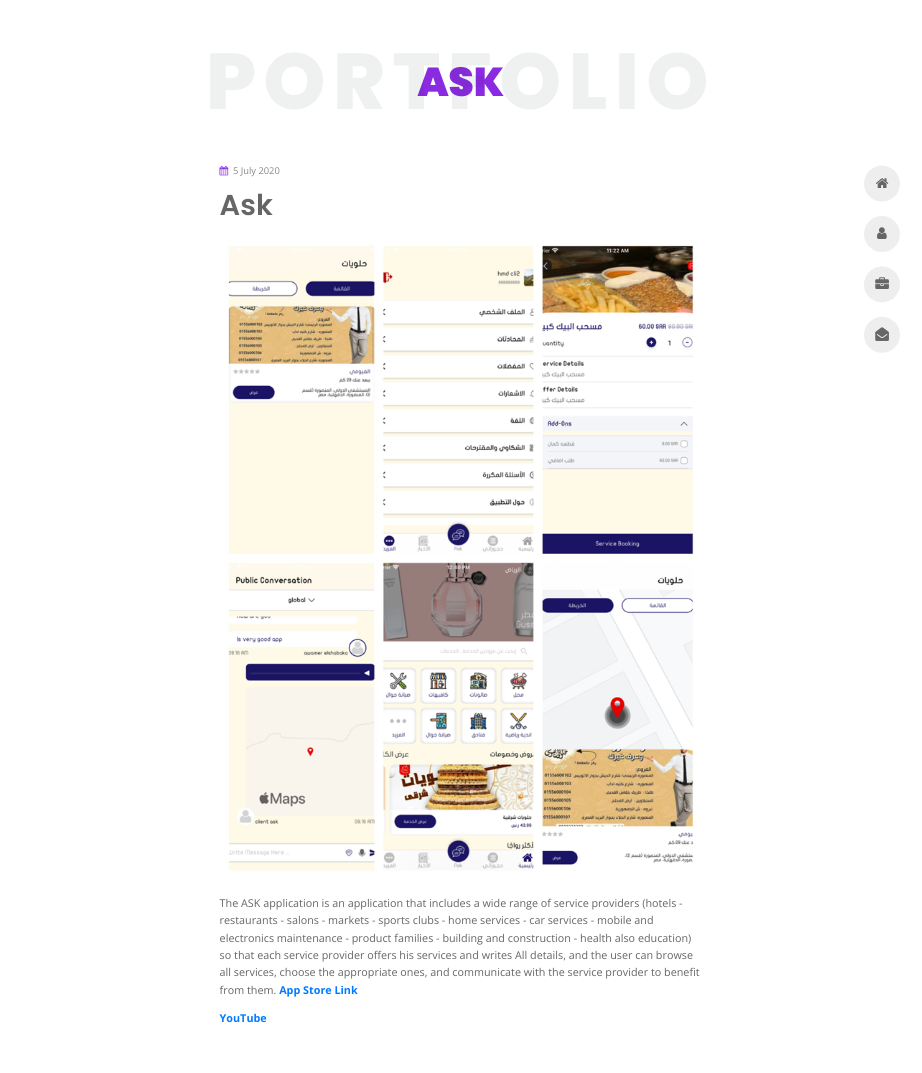
Repository: mhamdimno/mywebsite
Page: projects/freelancerInArabic/index.html
An editor plug-in stored every save of this project. The page is shown before and after the next save, followed by the edit.
The browser window is 1280 px wide. The pictures show the whole page, at 72% of full size.

Above is the page before, as saved 2022-02-20 12:44:46.

After the next save:
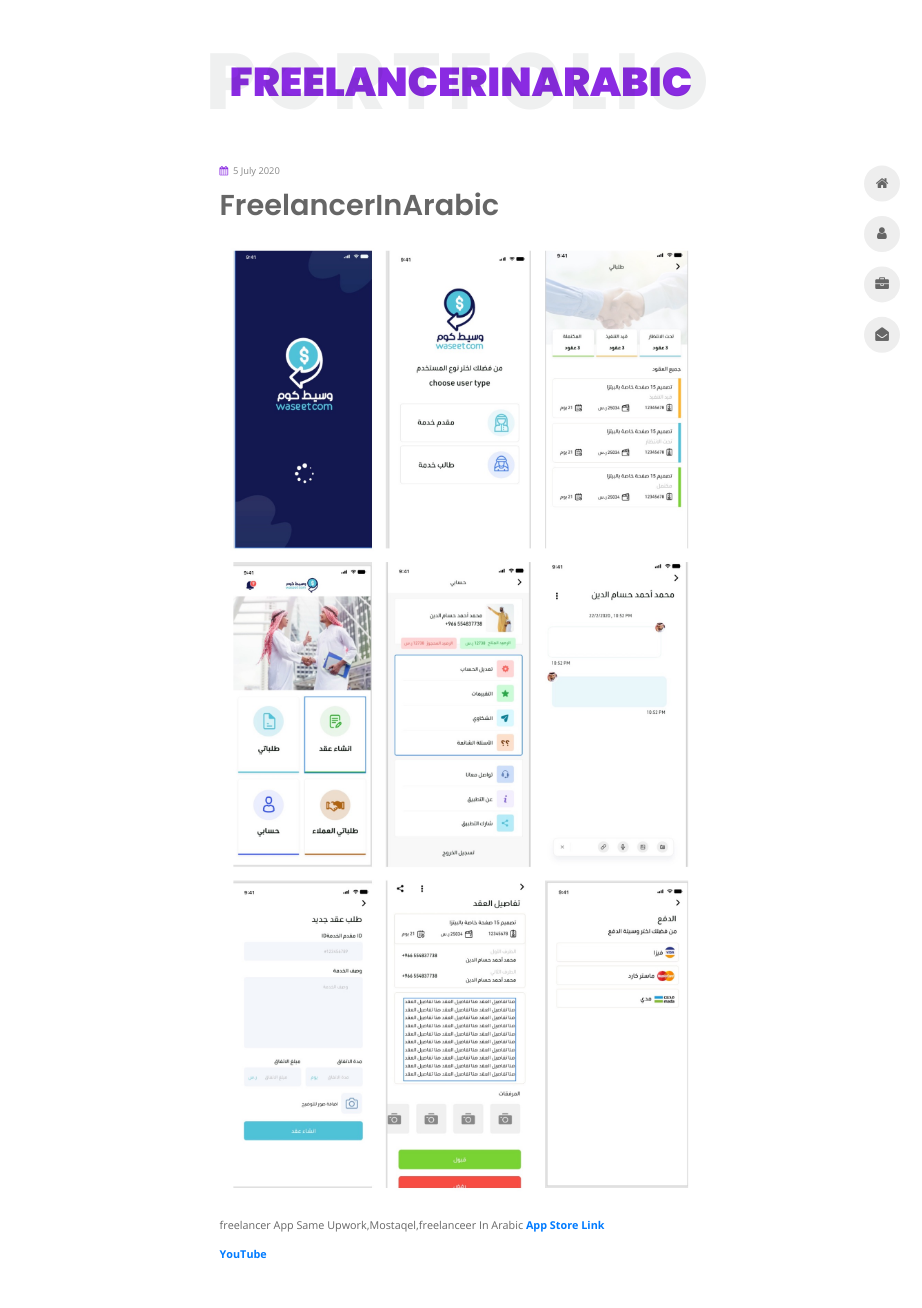
Saved 8 min 22 s later.
--- a/projects/freelancerInArabic/index.html
+++ b/projects/freelancerInArabic/index.html
@@ -3,7 +3,7 @@
 
 <head>
     <meta charset="utf-8">
-    <title>Portfoilio | Ask</title>
+    <title>Portfoilio | freelancerInArabic</title>
     <meta name="viewport" content="width=device-width, initial-scale=1">
 
     <!-- Template Google Fonts -->
@@ -75,7 +75,7 @@
 <!-- Header Ends -->
 <!-- Page Title Starts -->
 <section class="title-section text-left text-sm-center revealator-slideup revealator-once revealator-delay1">
-    <h1><span>Ask</span></h1>
+    <h1><span>freelancerInArabic</span></h1>
     <span class="title-bg">Portfolio</span>
 </section>
 <!-- Page Title Ends -->
@@ -92,12 +92,12 @@
                 </div>
                 <!-- Meta Ends -->
                 <!-- Article Content Starts -->
-                <h1 class="text-uppercase text-capitalize">Ask</h1>
-                <img src="../../img/projects/Ask.jpg" class="img-fluid" alt="Blog image"/>
+                <h1 class="text-uppercase text-capitalize">freelancerInArabic</h1>
+                <img src="../../img/projects/freelancerInArabic.jpg" class="img-fluid" alt="Blog image"/>
                 <div class="blog-excerpt open-sans-font pb-5">
                     <p>
 
-                        The ASK application is an application that includes a wide range of service providers (hotels - restaurants - salons - markets - sports clubs - home services - car services - mobile and electronics maintenance - product families - building and construction - health also education) so that each service provider offers his services and writes All details, and the user can browse all services, choose the appropriate ones, and communicate with the service provider to benefit from them.
+                        freelancer App Same Upwork,Mostaqel,freelanceer In Arabic
                         <strong><a href="https://apps.apple.com/us/app/ask-client/id1565119903" target="_blank">App Store Link</a></strong>
 
                         <!--<div class="videoWrapper">
